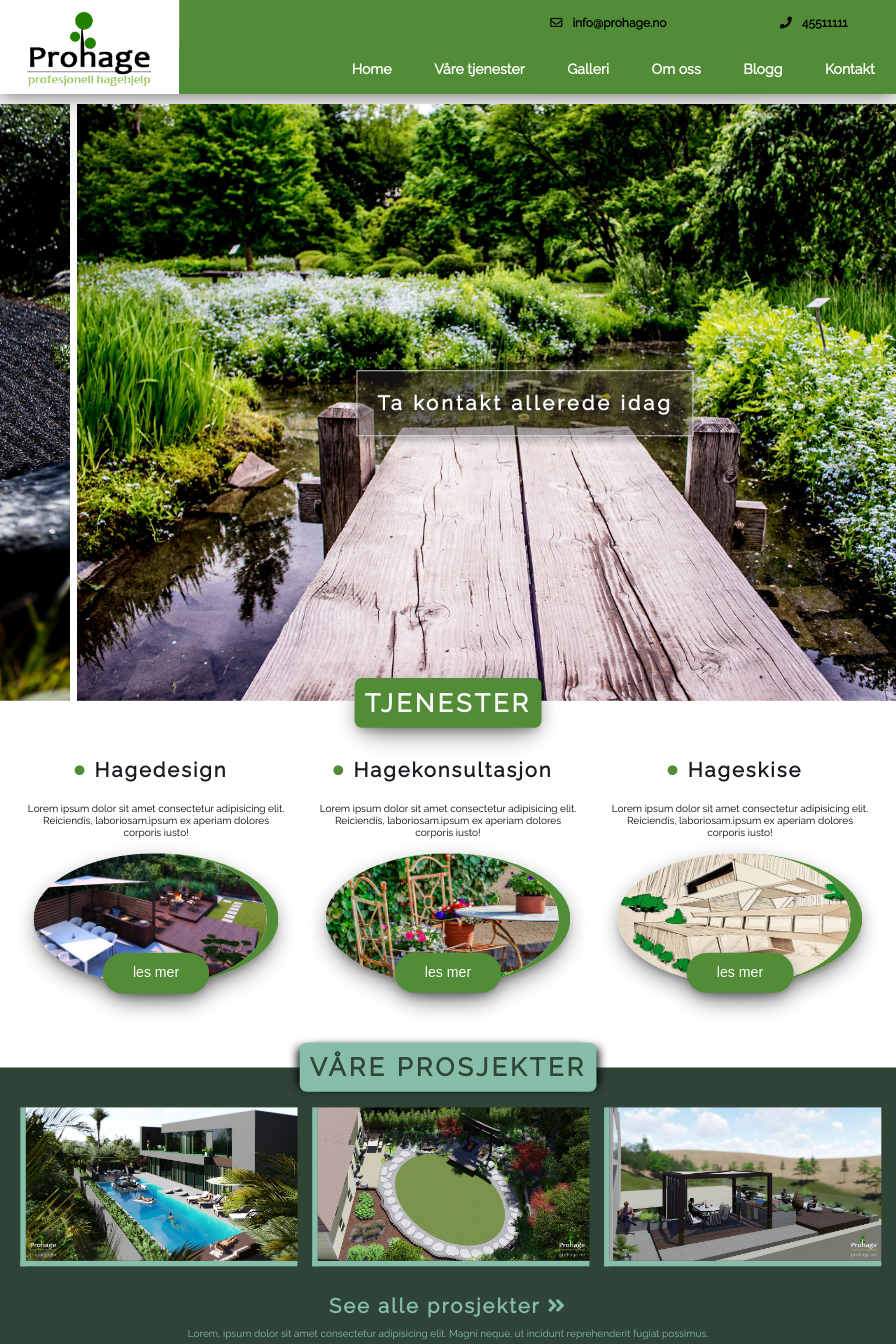
Repository: marinazzz/garden-design-website
Page: Garden design website/index.html
These files come from the project's save history. The page is drawn as it stood at one moment and after the next save; the edit follows.
The browser window is 1280 px wide. The pictures show the part of the page from y = 0 to 1920 px (the page is 2863 px tall), at 70% of full size.

Above is the page before, as saved 2020-04-03 19:10:30.

### Garden design website/index.html
<!DOCTYPE html>
<html lang="nb">
<head>
    <title>Hagedesign Oslo</title>
    <link rel="stylesheet" type="text/css" href="CSS/fontawesome-free-5.12.1-web/css/all.min.css">
    <link rel="stylesheet" type="text/css" href="CSS/style.css"/>
    <link rel="stylesheet" type="text/css" href="CSS/min-width-768px.css">
    <link rel="stylesheet" type="text/css" href="CSS/min-width-992px.css">
    <link rel="stylesheet" href="https://cdnjs.cloudflare.com/ajax/libs/animate.css/3.7.2/animate.min.css">
    <link rel="stylesheet" type="text/css" href="PLUGINS/glide-master/dist/css/glide.core.min.css" />
    <link rel="stylesheet" type="text/css" href="PLUGINS/glide-master/dist/css/glide.theme.min.css" />
    <link href="https://fonts.googleapis.com/css?family=Raleway&display=swap" rel="stylesheet">
    <meta name="viewport" content="width=device-width, initial-scale=1" charset="UTF-8">
</head>
<body>
    <header class="header--white-green">
        <div class="wrapper">
        <div class="container__menu--small container__menu"> <!--grid container-->
            <div class="container__logo"> <!--1.column-->
                <img class="logo"src="images/prohage black.png" alt="Prohage logo">
            </div>
            <div class="container__items--small container__items"> <!--2.column-->
                <div class="container__item"> <!--1.row-->
                     <a href="mailto:info@prohage.no"
                         class ="container__item-txt"><i class="far fa-envelope"></i>info@prohage.no</a>
                     <a href="tlf:45511111"
                         class="container__item-txt"><i class="fas fa-phone"></i>45511111</a>
                </div>
               <div class="container__item-bottom"> <!--2.row-->
                   <button class="menu__toggle">
                       <i class="fas fa-bars"></i>
                   </button>
                   <nav id="menu">
                        <ul class="menu__list">
                            <li class="menu__item">
                                <a class="menu__link" href="home">Home</a>
                            </li>
                            <li class="menu__item">
                                <a class="menu__link" href="#services">Våre tjenester</a>
                            </li>
                            <li class="menu__item">
                                <a class="menu__link" href="#gallery">Galleri</a>
                            </li>
                            <li class="menu__item">
                                <a class="menu__link" href="#about">Om oss</a>
                            </li>
                            <li class="menu__item">
                                <a class="menu__link" href="#blog">Blogg</a>
                            </li>
                            <li class="menu__item">
                                <a class="menu__link" href="kontakt">Kontakt</a>
                            </li>
                       </ul>
                   </nav>
               </div>
            </div>
            </div>
        </div>
        <section id="main-photo">
            <div class="glide">
                <div class="glide__track"
                     data-glide-el="track">
                    <ul class="glide__slides">
                        <li class="glide__slide">
                            <img class="main-photo__item"
                                 srcset="images/daylight-environment-garden-2000.jpg 2000w,
                                         images/daylight-environment-garden-1000.jpg 1000w"
                                 sizes="(min-width: 1440px) 2000px, 100vw"
                                 src="images/daylight-environment-garden-2000.jpg" alt="Garden and plants" />
                                 <h1 class="main-photo__title">Profesjonell hagehjelp</h1>
                        </li>
                        <li class="glide__slide">
                            <img class="main-photo__item"
                                 srcset="images/main-header-photo-2000.jpg 2000w,
                                          images/main-header-photo-1000.jpg 1000w"
                                 sizes="(min-width: 1440px) 2000px, 100vw"
                                 src="images/main-header-photo-2000.jpg" alt="Garden and plants" />
                                 <h1 class="main-photo__title">Ta kontakt allerede idag</h1>
                                </li>
                        <li class="glide__slide">
                            <img class="main-photo__item"
                                 srcset="images/header-photo-2000.jpg 2000w,
                                         images/header-photo-1000.jpg 1000w"
                                 sizes="(min-width: 1440px) 2000px, 100vw"
                                 src="images/header-photo-2000.jpg" alt="Garden designed by proffesional" />
                                 <h1 class="main-photo__title">Rådgiving og tipser</h1>
                        </li>
                        <li class="glide__slide">
                            <img class="main-photo__item"
                                 srcset="images/bloom-blooming-blur-2000.jpg 2000w,
                                         images/bloom-blooming-blur-1000.jpg 1000w"
                                 sizes="(min-width: 1440px) 2000px, 100vw"
                                 src="images/bloom-blooming-blur-2000.jpg" alt="Garden designed by proffesional" />
                                 <h1 class="main-photo__title">Følg vår hageblogg</h1>
                        </li>
                    </ul>
                </div>
                <!--<div class="glide__arrows"
                         data-glide-el="controls">
                        <button class="glide__arrow glide__arrow--left"
                                data-glide-dir="<">
                            <i class="fas fa-chevron-circle-left"></i>
                        </button>
                        <button class="glide__arrow glide__arrow--right"
                                data-glide-dir=">">
                            <i class="fas fa-chevron-circle-right"></i>
                        </button>
                    </div>-->
            </div>

            <!--<img class="main-photo__item1"
                 srcset="images/architecture-clouds-daylight-2000.jpg 2000w,
                         images/architecture-clouds-daylight-1000.jpg 1000w"
                 sizes="(min-width: 1440px) 2000px, 100vw"
                 src="images/architecture-clouds-daylight-2000.jpg" alt="Garden">
            <img class="main-photo__item2"
                 srcset="images/header-photo-2000.jpg 2000w,
                         images/header-photo-1000.jpg 1000w"
                 sizes="(min-width: 1440px) 2000px, 100vw"
                 src="images/header-photo-2000.jpg" alt="Garden designed by proffesional" >
            <img class="main-photo__item3"
                 srcset="images/main-header-photo-2000.jpg 2000w,
                         images/main-header-photo-1000.jpg 1000w"
                 sizes="(min-width: 1440px) 2000px, 100vw"
                 src="images/main-header-photo-2000.jpg" alt="Garden and plants" >
            <h1 class="main-photo__title">Profesjonell hagehjelp</h1>-->
        </section>
     </header>
     <main>
         <section id="services" class="section--white-green section__container">
            <h1 class="services__title">Tjenester</h1>
            <div class="services__wrapp">
            <section class="services__item">
                <div class="item-title__wrapp">
                    <i class="fas fa-circle"></i>
                    <h2 class="services__item-title">Hagedesign</h2>
                </div>
                <p class="services__txt">Lorem ipsum dolor sit amet consectetur adipisicing elit. Reiciendis, laboriosam.ipsum ex aperiam dolores corporis iusto!</p>
                <div class="button__position">
                     <img class="services__photo" src="images/Hagedesign.jpg" alt="Hagedesigner tegner" />
                     <button class="services__toggle">les mer</button>
                </div>
            </section>
            <section class="services__item">
                <div class="item-title__wrapp">
                    <i class="fas fa-circle"></i>
                    <h2 class="services__item-title">Hagekonsultasjon</h2>
                </div>
                <p class="services__txt">Lorem ipsum dolor sit amet consectetur adipisicing elit. Reiciendis, laboriosam.ipsum ex aperiam dolores corporis iusto!</p>
                <div class="button__position">
                    <img class="services__photo" src="images/konsultasjon.jpg" alt="Hagekonsultasjon med hagedesigner"/> <!--smaller picture than other 2-->
                    <button class="services__toggle">les mer</button>
                </div>
            </section>
            <section class="services__item">
                <div class="item-title__wrapp">
                    <i class="fas fa-circle"></i>
                    <h2 class="services__item-title">Hageskise</h2>
                </div>
                <p class="services__txt">Lorem ipsum dolor sit amet consectetur adipisicing elit. Reiciendis, laboriosam.ipsum ex aperiam dolores corporis iusto!</p>
                <div class="button__position">
                    <img class="services__photo" src="images/skisse.jpg" alt="Hagedesigner hjelp"/>
                    <button class="services__toggle">les mer</button>
                </div>
            </section>
            </div>
         </section>
         <section id="gallery" class="section--dark-green section__container">
            <h1 class="gallery__title services__title">Våre prosjekter</h1>
            <div class="gallery__wrapp services__wrapp">
                <div class="gallery__items">
                    <div class="gallery__item-wrapp">
                        <img class="gallery__item"
                             srcset="images/gallery-photo1-2000.jpg 2000w,
                                     images/gallery-photo1-1000.jpg 1000w"
                             sizes="(min-width: 1440px) 2000px, 100vw"
                             src="images/gallery-photo1-2000.jpg" alt="Hagedesign terrase" />
                    </div>
                    <div class="gallery__item-wrapp gallery__item-wrapp--padding">
                        <img class="gallery__item"
                             srcset="images/gallery-photo2-2000.jpg 2000w,
                                     images/gallery-photo2-1000.jpg 1000w"
                             sizes="(min-width: 1440px) 2000px, 100vw"
                             src="images/gallery-photo2-2000.jpg" alt="Hagedesign terrase" />
                    </div>
                    <div class="gallery__item-wrapp">
                        <img class="gallery__item"
                             srcset="images/gallery-photo3-2000.jpg 2000w,
                                     images/gallery-photo3-1000.jpg 1000w"
                             sizes="(min-width: 1440px) 2000px, 100vw"
                             src="images/gallery-photo3-2000.jpg" alt="Hagedesign terrase" />
                    </div>
                </div>
                <div class="gallery__txt-wrapp">
                    <h2 class="gallery__item-title services__item-title">See alle prosjekter
                        <i class="fas fa-angle-double-right"></i>
                    </h2>
                    <p class="gallery__txt">Lorem, ipsum dolor sit amet consectetur adipisicing elit. Magni neque, ut incidunt reprehenderit fugiat possimus.</p>
                </div>
            </div>
        </section>
        <div class="reviews__bg">
            <section id="reviews">
                <h1 class="reviews__title services__title">Referanser</h1>
                <div class="glide"> <!--needs to be 3 slides per view on tablet,laptop-->
                    <div class="glide__track" data-glide-el="track">
                      <ul class="glide__slides">
                        <li class="glide__slide">
                            <div class="review__items">
                                <img class="review__photo"
                                 src="images/review-picture1.jpg" alt="Hagedesign terrase" />
                                <h2 class="review__title">Beste hagehjelp</h2>
                                <blockquote>
                                    <p class="review__txt">Lorem ipsum dolor sit amet consectetur adipisicing elit.
                                       Dolorem nemo, voluptatibus ullam facere laudantium sit impedit repudiandae facilis beatae laborum.
                                       Vero dicta blanditiis quidem est.</p>
                                     <footer class="review__author">Anonymous</footer>
                                </blockquote>
                            </div>
                        </li>
                        <li class="glide__slide">
                            <div class="review__items">
                                <img class="review__photo"
                                 src="images/review-picture2.jpg" alt="Hagedesign terrase" />
                                <h2 class="review__title">Tussen takk</h2>
                                <blockquote>
                                    <p class="review__txt">Lorem ipsum dolor sit amet consectetur adipisicing elit.
                                       Dolorem nemo, voluptatibus ullam facere laudantium sit impedit repudiandae facilis beatae laborum.
                                       Vero dicta blanditiis quidem est.</p>
                                     <footer class="review__author">Anonymous</footer>
                                </blockquote>
                            </div>
                        </li>
                        <li class="glide__slide">
                            <div class="review__items">
                                <img class="review__photo"
                                 src="images/review-picture3.jpg" alt="Hagedesign terrase" />
                                <h2 class="review__title">Anbefaler</h2>
                                <blockquote>
                                    <p class="review__txt">Lorem ipsum dolor sit amet consectetur adipisicing elit.
                                       Dolorem nemo, voluptatibus ullam facere laudantium sit impedit repudiandae facilis beatae laborum.
                                       Vero dicta blanditiis quidem est.</p>
                                     <footer class="review__author">Anonymous</footer>
                                </blockquote>
                            </div>
                        </li>
                      </ul>
                    </div>
                    <div class="glide__arrows"
                             data-glide-el="controls">
                            <button class="glide__arrow glide__arrow--left"
                                    data-glide-dir="<">
                                <i class="fas fa-chevron-circle-left"></i>
                            </button>
                            <button class="glide__arrow glide__arrow--right"
                                    data-glide-dir=">">
                                <i class="fas fa-chevron-circle-right"></i>
                            </button>
                        </div>
                 </div>
            </section>
             <article id="blog-posts">

             </article>
             <section id="about oss">

            </section>
        </div>
     </main>
     <footer class="footer__main">
	     <p>designed by Marina Zujic
		     <a href="https://github.com/marinazzz">github.com/marinazzz</a>
	     </p>
     </footer>
     <script src="PLUGINS/glide-master/dist/glide.min.js"></script>
     <script src="JS/js-app.js"></script>
</body>
</html>

### Garden design website/CSS/min-width-992px.css
@media screen and (min-width: 992px) {
    html {
        font-size: 90%;
    }

   /* HEADER */

    .logo {
        max-height: 9rem;
    }

    .container__items {
        width: auto;
    }

    .container__item {
        padding-left: 22rem;;
    }

    .container__item-bottom,
    .container__items {
        padding: 0;
    }

    #menu {
        padding-left: 10rem;
    }
}

@media screen and (min-width: 1440px) {

    /* HEADER */
    .container__menu {
        max-width: 1500px;
        margin: 0 auto;
    }

    .container__item {
        padding-left: 47rem;;
    }

    #menu {
        padding-left: 30rem;
    }


    /* MAIN PHOTO */

    .main-photo__title {
        font-size: 3rem;
        letter-spacing: 0.5rem;
    }
}

@media screen and (min-width: 2560px) {
    html {
        font-size: 100%;
    }

    .logo {
        max-height: 12rem;
    }

    .container__item {
        justify-self: center;
    }

    .container__item > a:first-of-type {
        padding: 0 13rem;
    }

    .container__item-bottom {
        padding: 0 40rem;
    }

    /*content on middle*/

    .container__menu {
        max-width: 2000px;
    }

    .container__item-bottom,
    .container__items {
        padding: 0;
    }

    #menu,
    .container__item {
        padding-left: 50rem;
    }

    /* SECTIONS */

    .section__container {
        max-width: 2000px;
        margin: 0 auto;
    }

    .button__position > button {
        bottom: -15%;
      }

      /*SECTION GALLERY*/

      .gallery__wrapp {
          justify-content: space-around;
      }

      .services__wrapp {
          padding: 0;
      }

}

### Garden design website/JS/js-app.js

//BUTTON
let mainNav = document.getElementById("menu");

let navBarToggle = document.querySelector(".menu__toggle");

navBarToggle.addEventListener("click", function () {

    mainNav.classList.toggle("menu-opened");
});

//GLIDE PLUGIN

/*new Glide('.glide', {
    type: 'carousel',
    autoplay: true,
    hoverpause: false,
    perView: 1,
    animationDuration: 10000
}).mount()*/

let mainGlide = document.querySelectorAll("#main-photo > div");
Object.values(mainGlide).map(carousel => {
      let mainGlider = new Glide(carousel, {
         autoplay: true,
         hoverpause: false,
         perView: 1,
         animationDuration: 10000
      });
      mainGlider.mount();
})

let reviewGlide = document.querySelectorAll("#reviews > div");
Object.values(reviewGlide).map(carousel => {
      let reviewSlider = new Glide(carousel, {
        type: 'carousel'
      });
      reviewSlider.mount();
});

//breakpoints

/*new Glide('.glide').mount({ Breakpoints })
Breakpoints.match({
  600: { perView: 1 },
  1200: { perView: 3 }
});*/

Loaded but not shown: Garden design website/CSS/fontawesome-free-5.12.1-web/css/all.min.css (library); Garden design website/PLUGINS/glide-master/dist/css/glide.core.min.css (common file); Garden design website/PLUGINS/glide-master/dist/css/glide.theme.min.css (common file); Garden design website/PLUGINS/glide-master/dist/glide.min.js (library); Garden design website/CSS/style.css (485 lines, source omitted); Garden design website/CSS/min-width-768px.css (167 lines, source omitted)

After the next save:
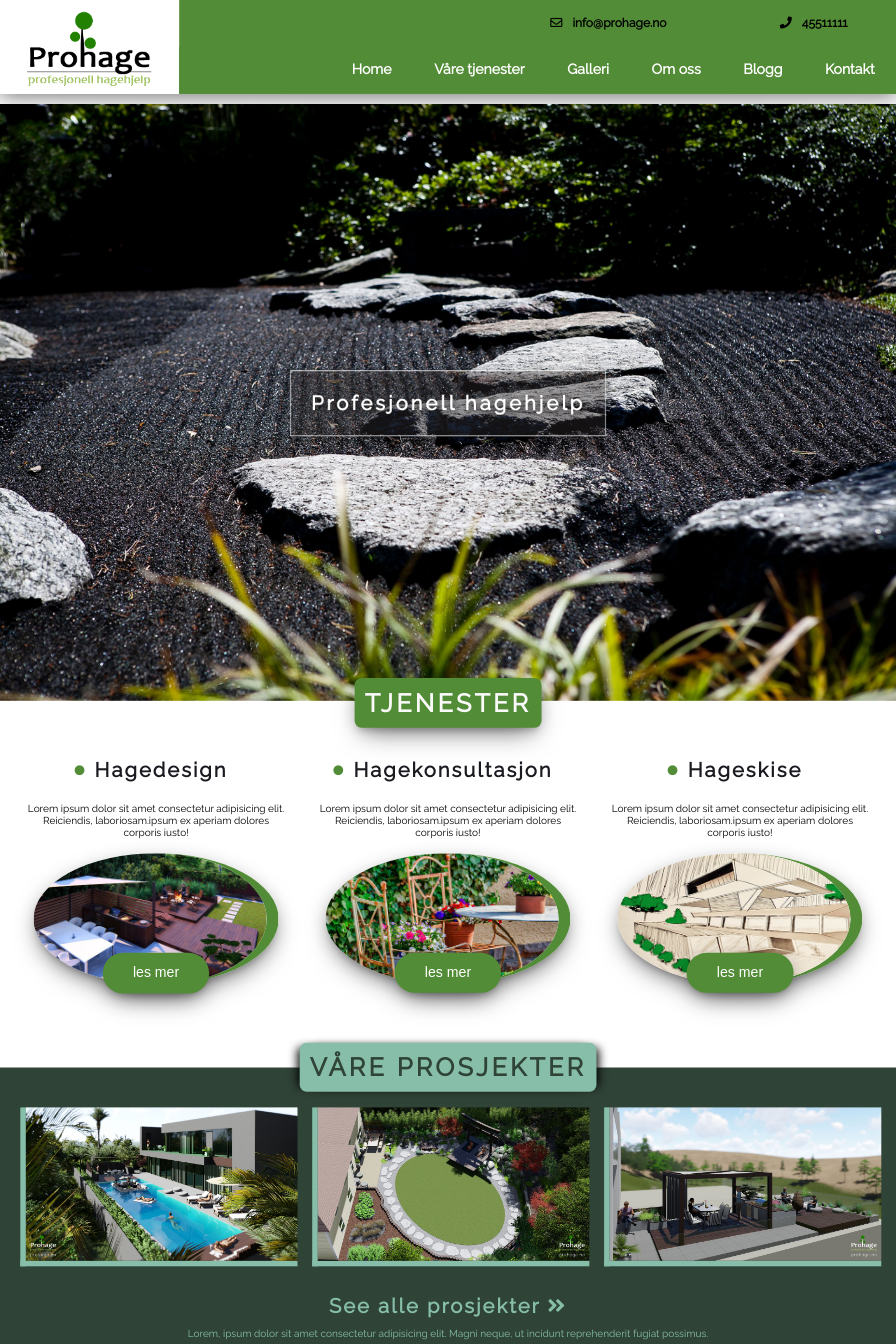
Console error: TypeError: navBarToggle.addEventListener is not a function
Saved 7 min 11 s later.
--- a/Garden design website/JS/js-app.js
+++ b/Garden design website/JS/js-app.js
@@ -2,7 +2,7 @@
 //BUTTON
 let mainNav = document.getElementById("menu");
 
-let navBarToggle = document.querySelector(".menu__toggle");
+let navBarToggle = document.getElementsByClassName("menu__toggle");
 
 navBarToggle.addEventListener("click", function () {
 

After the 2 saves that followed:
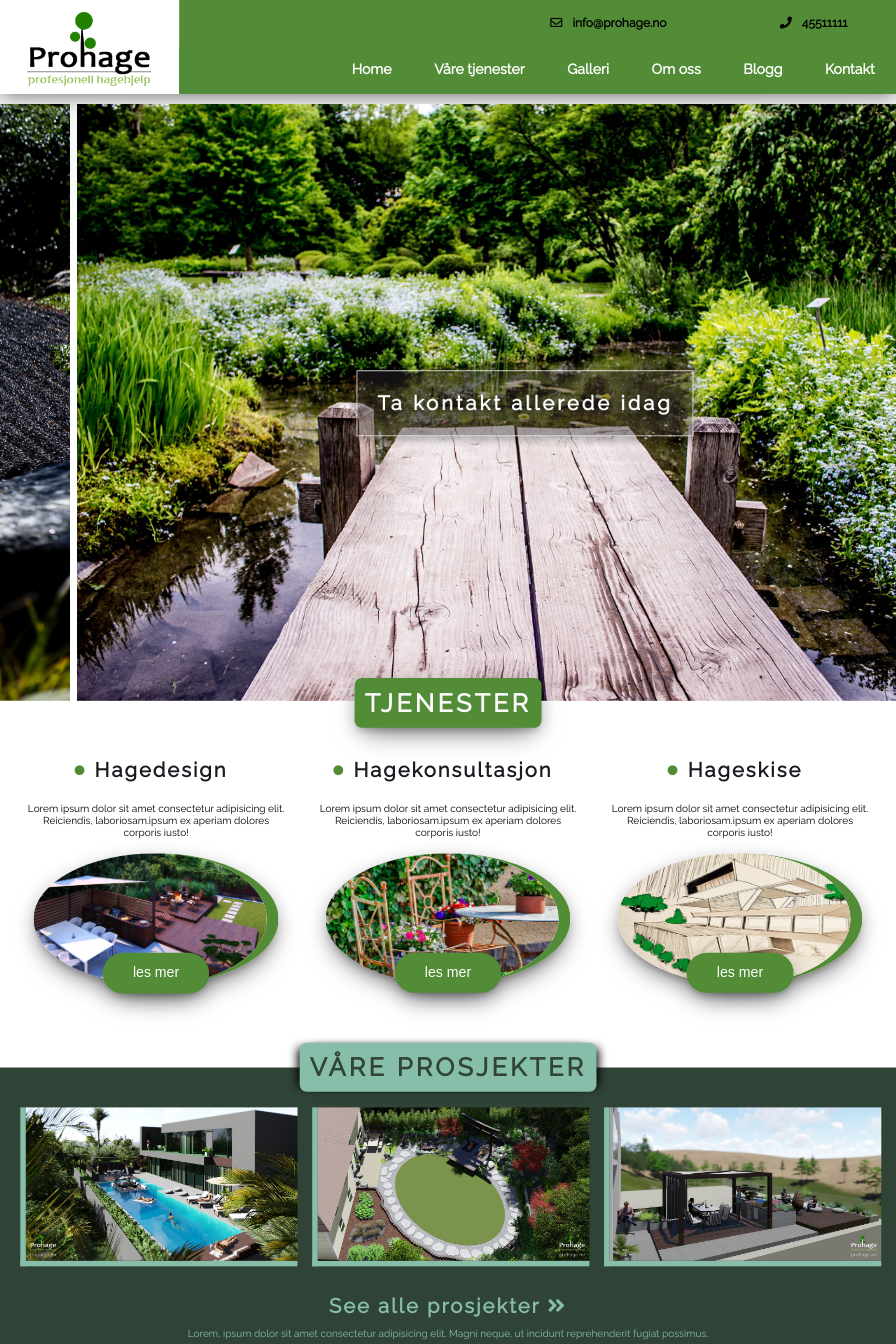
The error is gone.
The 2 saves are shown as one change because 1 left the picture as it was.
The last was saved 108 s later.
--- a/Garden design website/JS/js-app.js
+++ b/Garden design website/JS/js-app.js
@@ -2,7 +2,7 @@
 //BUTTON
 let mainNav = document.getElementById("menu");
 
-let navBarToggle = document.getElementsByClassName("menu__toggle");
+let navBarToggle = document.querySelector(".menu__toggle");
 
 navBarToggle.addEventListener("click", function () {
 
